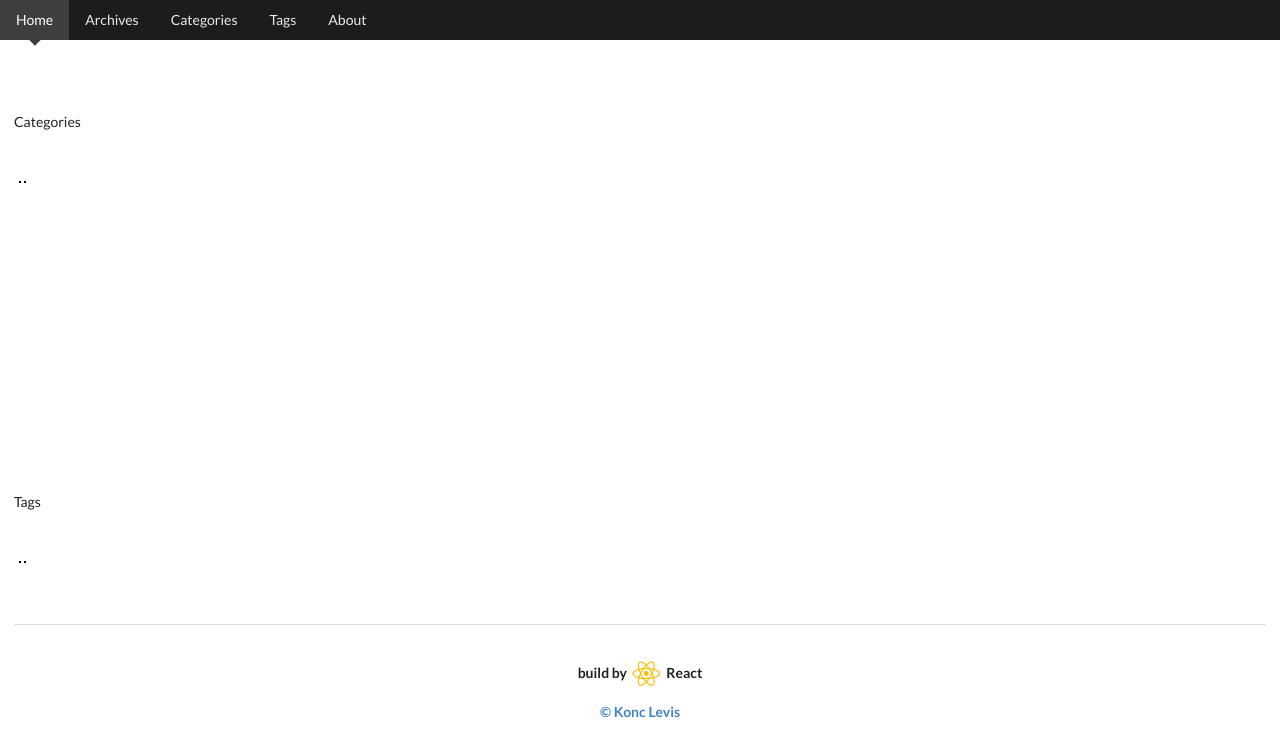
Repository: chu4j/my-spring-cloud-blog-frontend
Page: /
An editor plug-in stored every save of this project. The page is shown before and after the next save, followed by the edit.
The browser window is 1280 px wide. The pictures show the whole page.
The page's requests for data from a server got no answer. The project was rebuilt for these pictures with package versions that can differ from the ones it lists, and the page was loaded fresh each time. No one was signed in, and anything a server would have sent is missing. Also part of the build but not shown: src/components/Categories.jsx, src/components/FocusContent.jsx, src/css/App.css, src/components/owner/LoginForm.jsx, src/components/Tags.jsx, src/components/Timeline.jsx, src/components/TimelineHome.jsx.

Above is the page before, as saved 2021-02-24 12:37:11.

After the next save:
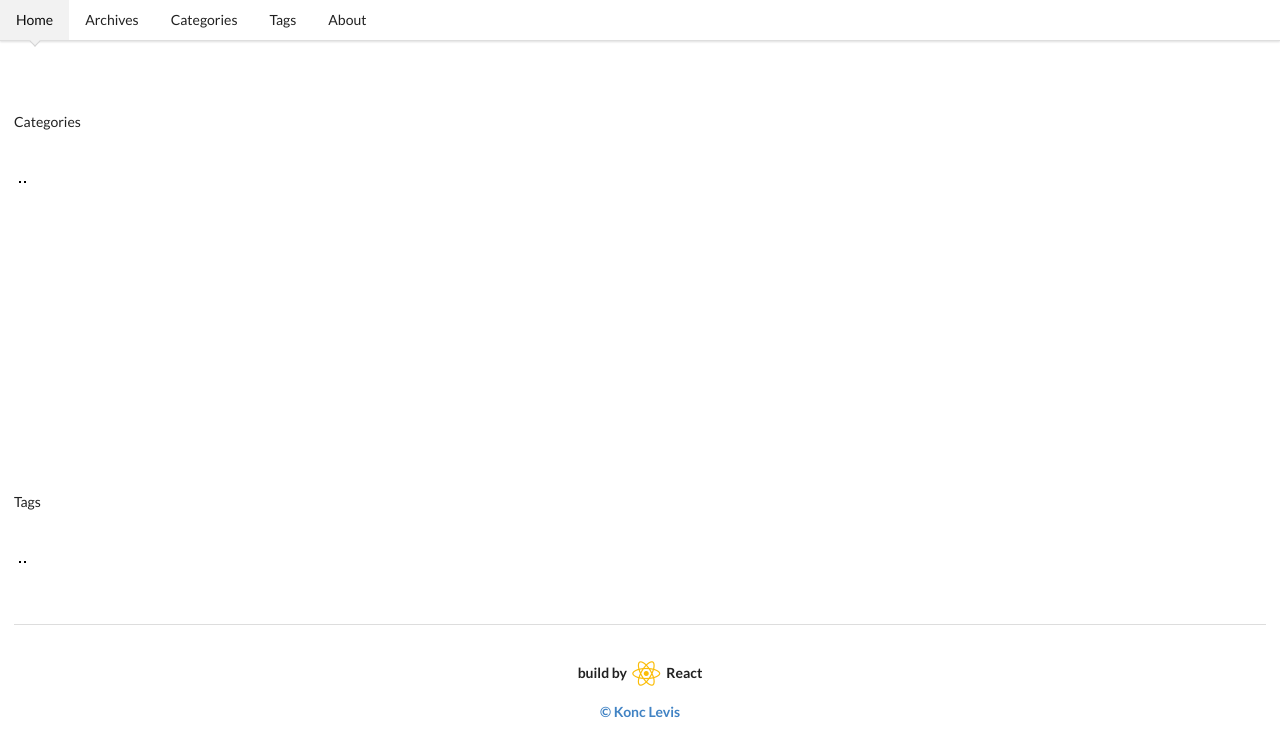
Saved 110 s later.
--- a/src/components/BlogHeader.jsx
+++ b/src/components/BlogHeader.jsx
@@ -19,7 +19,7 @@ class BlogHeader extends Component {
     const { activeItem } = this.state;
     return (
       <Container fluid className="menu-container">
-        <Menu fixed="top" pointing inverted borderless>
+        <Menu fixed="top" pointing  borderless>
           <Menu.Item
             as="a"
             name="home"
